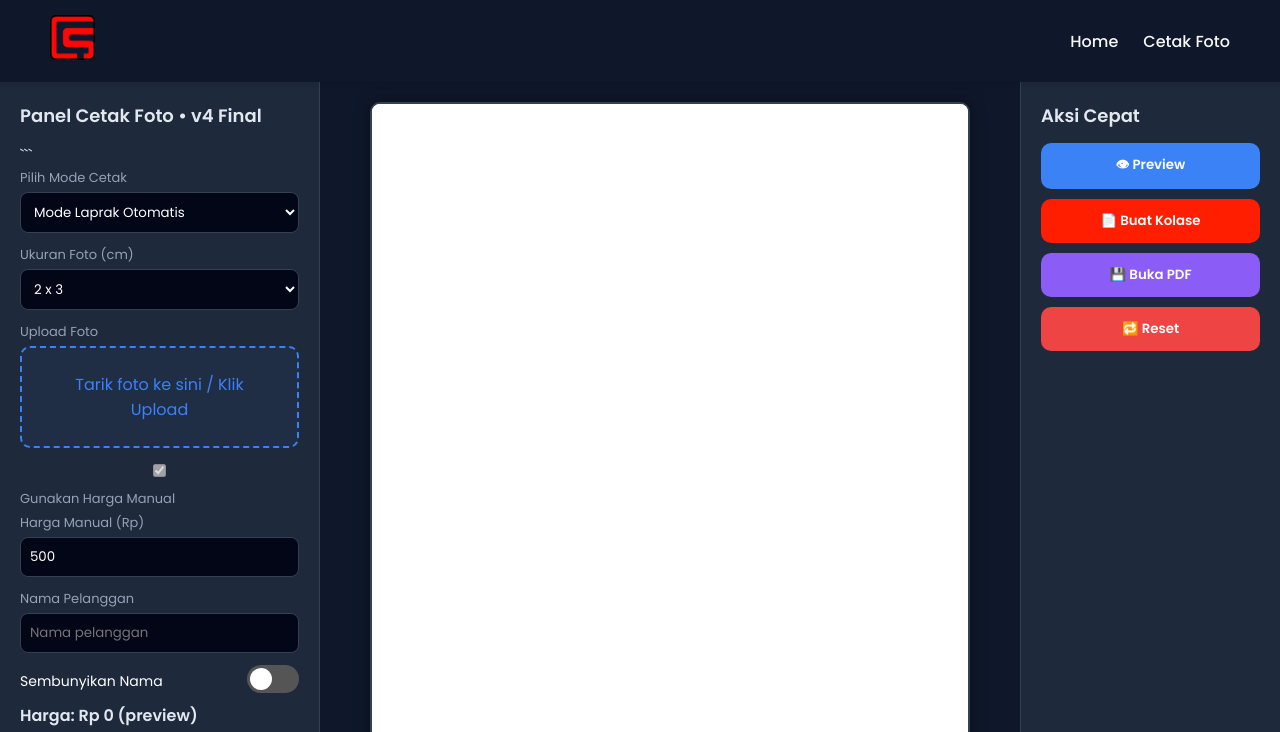
Repository: procinema22/hiisedulurfc
Page: cetakfoto.html
The author's editor kept a copy of each file at every save. The page is drawn from the files as they stood at one save, then again after the next save.
The browser window is 1280 px wide. The pictures show the whole page.
An inner scrolling area shows only its first screen.

Above is the page before, as saved 2026-04-28 16:13:15.

### cetakfoto.html
<!DOCTYPE html>

<html lang="id">
<head>
<meta charset="UTF-8">
<meta name="viewport" content="width=device-width, initial-scale=1.0">
<title>SEDULUR FOTO COPY – Cetak Foto</title>
<link rel="icon" type="image/png" href="img/loggo/sdlr.png">
<link href="https://fonts.googleapis.com/css2?family=Poppins:wght@400;500;600;700&display=swap" rel="stylesheet">
<link rel="stylesheet" href="css/cetak.css">
<script src="https://cdn.jsdelivr.net/npm/exif-js"></script>
<script src="https://cdnjs.cloudflare.com/ajax/libs/jspdf/2.5.1/jspdf.umd.min.js"></script>
</head>
<body>
<header>
  <div class="logo"><a href="index.html"><img src="img/loggo/sdlr.png" alt="Sedulur Foto Copy"></a></div>
  <nav>
    <ul>
      <li><a href="index.html">Home</a></li>
      <li><a href="cetakfoto.html" class="active">Cetak Foto</a></li>
         </ul>
  </nav>
</header>
<div class="layout">
  <aside class="left-panel">
    <h2 class="section-title">Panel Cetak Foto • v4 Final</h2>

```
<label>Pilih Mode Cetak</label>
<select id="modeSelect">
  <option value="normal">Mode Laprak Otomatis</option>
  <option value="perfoto">Mode Pas Foto</option>
  <option value="circle">Mode Lingkaran</option>
</select>

<div id="circleControls" style="display:none;">
  <label>Diameter Lingkaran (cm)</label>
  <input id="circleDiameter" type="number" value="4">
</div>

<label>Ukuran Foto (cm)</label>
<select id="sizeSelect">
  <option value="2x3">2 x 3</option>
  <option value="3x4">3 x 4</option>
  <option value="4x6">4 x 6</option>
  <option value="5x5">5 x 5</option>
  <option value="6x9">6 x 9</option>
  <option value="10x15">10 x 15</option>
  <option value="custom">Custom</option>
</select>

<div id="customSize" style="display:none; gap:10px;">
  <input id="customW" type="number" placeholder="Lebar (cm)">
  <input id="customH" type="number" placeholder="Tinggi (cm)">
</div>

<label>Upload Foto</label>
<div id="dropArea" class="drop-area">Tarik foto ke sini / Klik Upload</div>
<input id="upload" type="file" multiple accept="image/*" hidden>

<label class="inline-check"><input type="checkbox" id="manualHargaCheckbox"> Gunakan Harga Manual</label>

<div id="manualHargaBox" style="display:none;">
  <label>Harga Manual (Rp)</label>
  <input id="manualHargaInput" type="number" value="500" min="500" step="500">
</div>

<label>Nama Pelanggan</label>
<input id="userName" type="text" placeholder="Nama pelanggan">


<div class="switch-wrap">
  <span>Sembunyikan Nama</span>
  <label class="switch">
    <input type="checkbox" id="hideInfo">
    <span class="slider"></span>
  </label>
</div>

<div class="price" id="priceDisplay">Harga: Rp 0</div>
<div id="batchList"></div>

<div class="accordion">

  <button type="button" class="accordion-btn" onclick="toggleMargin()">
    Margin Kertas ▼
  </button>

  <div id="marginSection" class="accordion-content">

    <label>Margin Atas (mm)</label>

    <input id="marginTop" type="number" value="10">

    <label>Margin Bawah (mm)</label>
    <input id="marginBottom" type="number" value="10">

    <label>Margin Kiri (mm)</label>
    <input id="marginLeft" type="number" value="10">

    <label>Margin Kanan (mm)</label>
    <input id="marginRight" type="number" value="10">

    <label>Gap antar foto (px)</label>
    <input id="gap" type="number" value="20">


  </div>

</div>




<label class="inline-check"><input type="checkbox" checked disabled> Hubungi admin untuk menghilangkan watermark</label>
```

  </aside>

  <section class="center-panel">
    <canvas id="canvas" width="1240" height="1754"></canvas>
    <div class="page-nav" id="pageNav" style="display:none;">
      <button id="prevPage">⬅</button>
      <div id="pageIndicator">Halaman 1 / 1</div>
      <button id="nextPage">➡</button>
    </div>
  </section>

  <aside class="right-panel">
    <h2 class="section-title">Aksi Cepat</h2>
    <button id="previewBtn" class="btn blue">👁 Preview</button>
    <button id="generateBtn" class="btn green">📄 Buat Kolase</button>
    <button id="downloadPdf" class="btn purple">💾 Buka PDF</button>
    <button id="reset" class="btn red">🔁 Reset</button>
  </aside>
</div>
<div id="loadingOverlay"><div class="loader"></div><p>Memproses... tunggu sebentar ya</p></div>
<div id="toast"></div>
<script src="js/script.js"></script>
</body>
</html>

### css/cetak.css
/* ============ ROOT & GLOBAL ============ */
:root {
    --bg: #0f172a;
    --card: #1e293b;
    --border: #334155;
    --text: #e2e8f0;
    --muted: #94a3b8;
    --blue: #3b82f6;
    --green: #ff1e00;
    --purple: #8b5cf6;
    --red: #ef4444;
    --shadow: rgba(0,0,0,.4);
  }

  *{
    margin:0;
    padding:0;
    box-sizing:border-box;
    font-family:"Poppins",sans-serif;
  }

  body{
    background:var(--bg);
    color:var(--text);
    overflow-x:hidden;
  }

  /* ===============================
   NAVBAR
================================ */
header {
  display: flex;
  align-items: center;
  justify-content: space-between;
  padding: 15px 50px;
  background-color: var(--bg);
  box-shadow: 0 2px 5px rgba(0,0,0,0.1);
  position: sticky;
  top: 0;
  z-index: 100;
}

.logo {
  display: flex;
  align-items: center;
  gap: 10px;
}

.logo img {
  height: 45px;
  width: auto;
}

nav ul {
  list-style: none;
  display: flex;
  gap: 25px;
}

nav a {
  text-decoration: none;
  color: #f7f7f7;
  font-weight: 500;
}

nav a:hover {
  color: #b70d0d;
}

.search-box {
  display: flex;
  border: 1px solid #ddd;
  border-radius: 25px;
  overflow: hidden;
  width: 260px;
}

.search-box input {
  border: none;
  padding: 8px 15px;
  width: 100%;
  outline: none;
}

.search-box button {
  background: #b70d0d;
  color: rgb(0, 0, 0);
  border: none;
  padding: 8px 15px;
  cursor: pointer;
}

  /* ============ LAYOUT ============ */
  .layout{
    display:grid;
    grid-template-columns:320px 1fr 260px;
    height:calc(100vh - 70px);
  }

  /* ============ LEFT PANEL ============ */
  .left-panel{
    background:var(--card);
    padding:20px;
    border-right:1px solid var(--border);
    overflow-y:auto;
  }

  .left-panel label{
    font-size:13px;
    color:var(--muted);
    margin-bottom:4px;
    display:block;
  }

  .left-panel input,
  .left-panel select{
    width:100%;
    padding:9px;
    border-radius:8px;
    border:1px solid var(--border);
    background:#020617;
    color:white;
    margin-bottom:12px;
  }

  .section-title{
    font-size:18px;
    font-weight:600;
    margin-bottom:14px;
  }

  /* DROP AREA */
  .drop-area{
    border:2px dashed var(--blue);
    padding:24px;
    text-align:center;
    border-radius:10px;
    color:var(--blue);
    background:rgba(59,130,246,.05);
    cursor:pointer;
    margin-bottom:15px;
  }

  .drop-area:hover{
    background:rgba(59,130,246,.15);
  }

  /* PRICE */
  .price{
    font-size:16px;
    font-weight:600;
    margin-top:6px;
  }

  /* ============ CENTER PANEL ============ */
  .center-panel{
    padding:20px;
    display:flex;
    flex-direction:column;
    align-items:center;
    overflow-y:auto;
  }

  canvas{
    width:100%;
    max-width:600px;
    background:white;
    border-radius:10px;
    border:2px solid var(--border);
    box-shadow:0 0 15px var(--shadow);
  }

  /* PAGE NAV */
  .page-nav{
    display:flex;
    gap:14px;
    margin-top:12px;
  }

  .page-nav button{
    padding:8px 14px;
    border:none;
    border-radius:8px;
    background:var(--blue);
    color:white;
    cursor:pointer;
  }

  /* ============ RIGHT PANEL ============ */
  .right-panel{
    background:var(--card);
    padding:20px;
    border-left:1px solid var(--border);
    overflow-y:auto;
  }

  .btn{
    width:100%;
    padding:12px;
    border:none;
    border-radius:10px;
    font-weight:600;
    cursor:pointer;
    margin-bottom:10px;
    color:white;
  }

  .blue{background:var(--blue)}
  .green{background:var(--green)}
  .purple{background:var(--purple)}
  .red{background:var(--red)}

  /* ============ LOADER & TOAST ============ */
  #loadingOverlay{
    position:fixed;
    inset:0;
    background:rgba(0,0,0,.7);
    display:none;
    flex-direction:column;
    justify-content:center;
    align-items:center;
    z-index:9999;
  }

  .loader{
    width:60px;
    height:60px;
    border-radius:50%;
    border:6px solid #fff;
    border-top:6px solid var(--blue);
    animation:spin 1s linear infinite;
  }

  @keyframes spin{
    to{transform:rotate(360deg)}
  }

  #toast{
    position:fixed;
    bottom:20px;
    right:20px;
    padding:12px 18px;
    background:var(--card);
    border-left:5px solid var(--blue);
    border-radius:10px;
    opacity:0;
    transition:.3s;
    z-index:10000;
  }

  #toast.show{
    opacity:1;
    transform:translateY(-6px);
  }

  /* ============ PRINT A4 MODE ============ */
  @media print{
    header,
    .left-panel,
    .right-panel,
    .page-nav,
    #toast,
    #loadingOverlay{
      display:none !important;
    }

    body{
      background:white;
      overflow:visible;
    }

    .layout{
      display:block;
      height:auto;
    }

    canvas{
      width:210mm !important;
      height:297mm !important;
      max-width:none;
      border:none;
      box-shadow:none;
      border-radius:0;
    }
  }

  @page{
    size:A4;
    margin:10mm;
  }
  .btn-logout {
    background: #e53935;
    color: #fff;
    border: none;
    padding: 8px 14px;
    border-radius: 6px;
    cursor: pointer;
    font-weight: 600;
  }

  .btn-logout:hover {
    background: #c62828;
  }
  .switch-wrap{
    display:flex;
    align-items:center;
    justify-content:space-between;
    gap:12px;
    color:#fff;
    font-size:14px;
  }

  .switch{
    position:relative;
    display:inline-block;
    width:52px;
    height:28px;
  }

  .switch input{
    opacity:0;
    width:0;
    height:0;
  }

  .slider{
    position:absolute;
    inset:0;
    background:#555;
    border-radius:50px;
    transition:.3s;
    cursor:pointer;
  }

  .slider:before{
    content:"";
    position:absolute;
    width:22px;
    height:22px;
    left:3px;
    top:3px;
    background:white;
    border-radius:50%;
    transition:.3s;
  }

  .switch input:checked + .slider{
    background:#22c55e;
  }

  .switch input:checked + .slider:before{
    transform:translateX(24px);
  }
  .panel-box{
    background: linear-gradient(180deg,#18253d,#101827);
    border:1px solid rgba(255,255,255,.08);
    border-radius:18px;
    padding:18px;
    box-shadow:0 12px 30px rgba(0,0,0,.25);
  }

  .panel-box h3{
    font-size:18px;
    font-weight:700;
    color:#fff;
    margin-bottom:16px;
  }

  .group{
    margin-bottom:18px;
  }

  .group label{
    display:block;
    font-size:13px;
    color:#9fb3d9;
    margin-bottom:8px;
    font-weight:500;
  }

  .group input,
  .group select{
    width:100%;
    height:48px;
    border:none;
    outline:none;
    border-radius:14px;
    background:#06101f;
    color:#fff;
    padding:0 14px;
    font-size:16px;
    transition:.25s;
  }

  .group input:focus,
  .group select:focus{
    box-shadow:0 0 0 2px #3b82f6;
    transform:translateY(-1px);
  }

  .price-box{
    background:linear-gradient(90deg,#2563eb,#1d4ed8);
    padding:14px;
    border-radius:14px;
    color:#fff;
    font-weight:700;
    font-size:22px;
    text-align:center;
    margin:14px 0;
  }

  .divider{
    height:1px;
    background:rgba(255,255,255,.07);
    margin:18px 0;
  }
  .accordion-btn{
    width:100%;
    height:46px;
    border:none;
    border-radius:14px;
    background:#111827;
    color:#fff;
    font-weight:700;
    cursor:pointer;
    margin-top:14px;
  }

  .accordion-content{
    display:none;
    padding-top:12px;
  }

  .accordion-content.show{
    display:block;
  }

Loaded but not shown: js/script.js (1149 lines, source omitted)

After the next save:
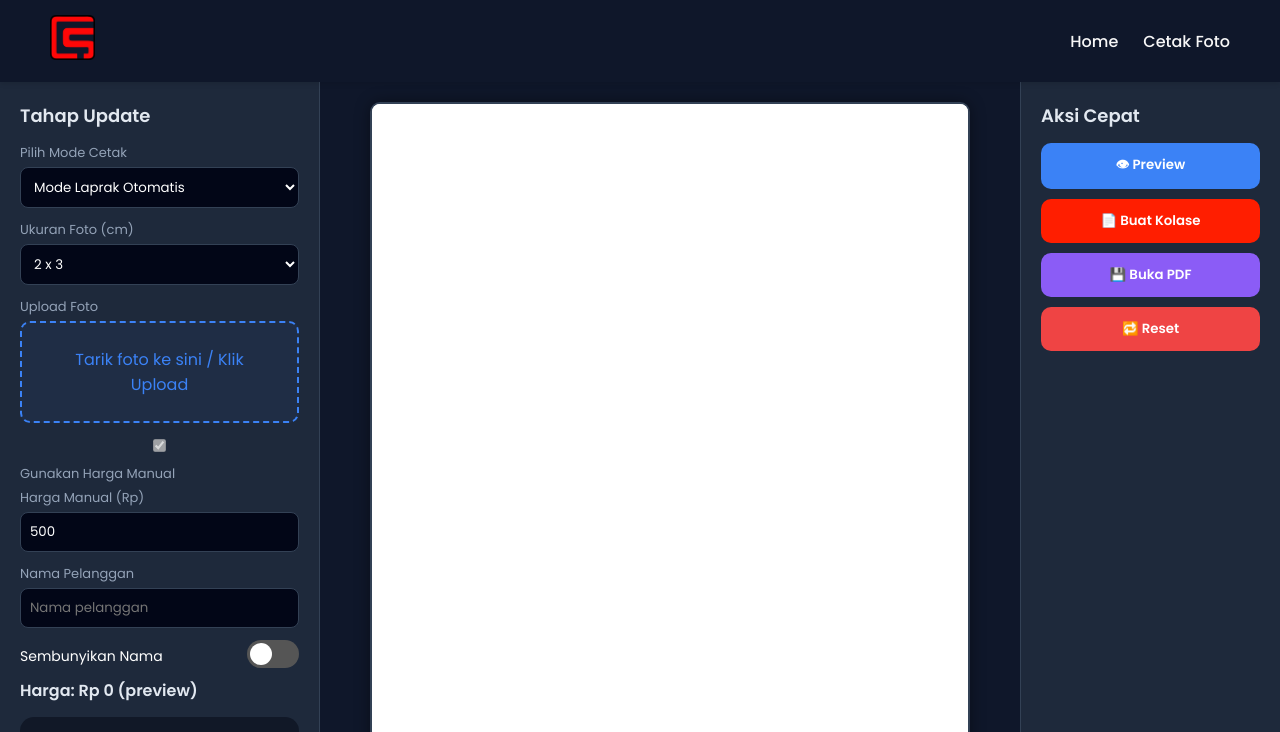
Saved 30 s later.
--- a/cetakfoto.html
+++ b/cetakfoto.html
@@ -23,9 +23,8 @@
 </header>
 <div class="layout">
   <aside class="left-panel">
-    <h2 class="section-title">Panel Cetak Foto • v4 Final</h2>
+    <h2 class="section-title">Tahap Update</h2>
 
-```
 <label>Pilih Mode Cetak</label>
 <select id="modeSelect">
   <option value="normal">Mode Laprak Otomatis</option>
